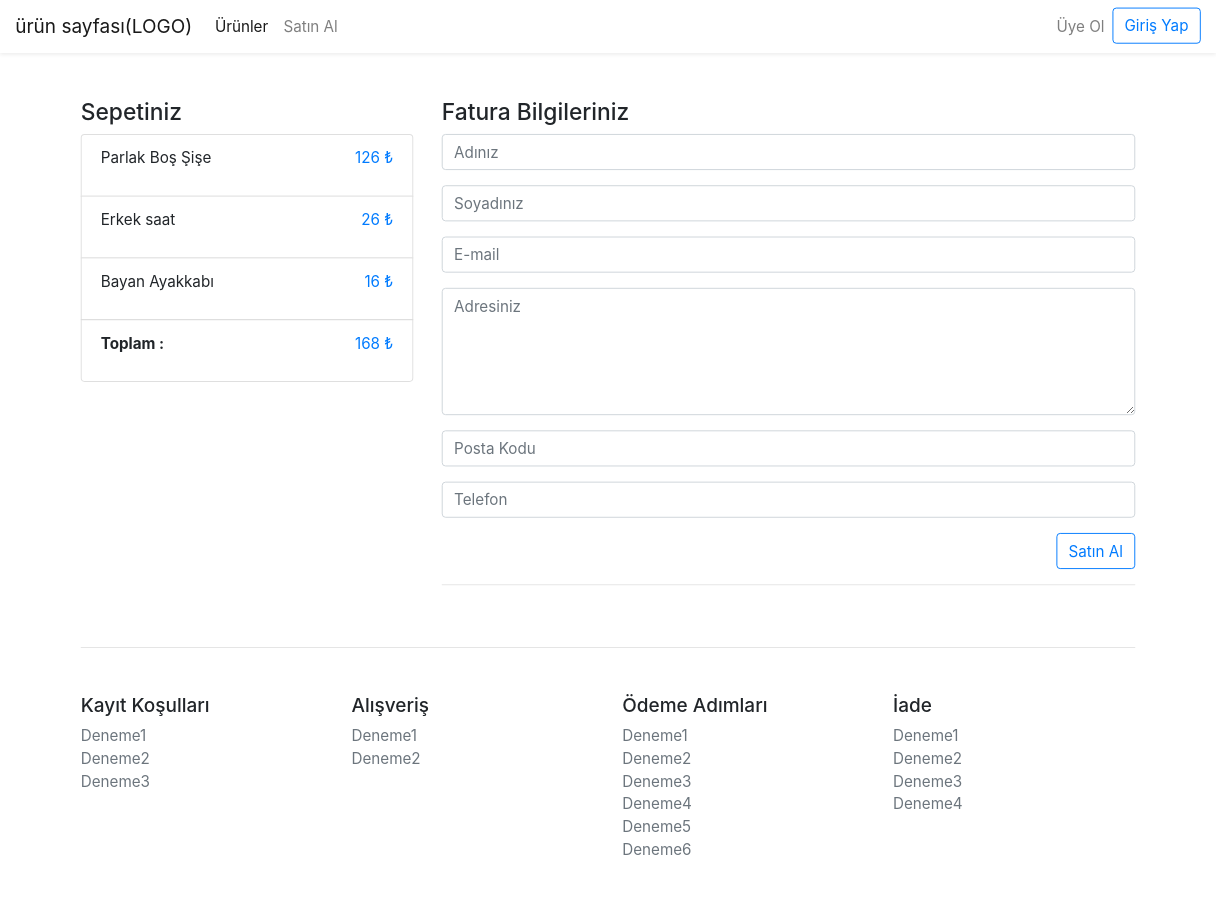
Repository: NergisAktug/E-Commerce-PythonWithFlask-Sqlite3
Page: templates/ödeme.html
The author's editor kept a copy of each file at every save. The page is drawn from the files as they stood at one save, then again after the next save.
The browser window is 1280 px wide. The pictures show the whole page, at 95% of full size.

Above is the page before, as saved 2018-11-24 00:43:29.

### templates/ödeme.html
<!doctype html>
<html lang="en">
  <head>
    <!-- Required meta tags -->
    <meta charset="utf-8">
    <meta name="viewport" content="width=device-width, initial-scale=1, shrink-to-fit=no">

    <!-- Bootstrap CSS -->
    <link rel="stylesheet" href="https://stackpath.bootstrapcdn.com/bootstrap/4.1.3/css/bootstrap.min.css" integrity="sha384-MCw98/SFnGE8fJT3GXwEOngsV7Zt27NXFoaoApmYm81iuXoPkFOJwJ8ERdknLPMO" crossorigin="anonymous">

    <title>Hello, world!</title>
  </head>
  <body>
    <nav class="navbar navbar-expand-lg navbar-light shadow-sm" >
        <a href="#" class="navbar-brand">ürün sayfası(LOGO)</a>
        <button class="navbar-toggler" type="button" data-toggle="collapse" data-target="#navbarMenü">
            <span class="navbar-toggler-icon"></span>
        </button>
        <div class="collapse navbar-collapse" id="navbarMenü">
            <ul class="navbar-nav mr-auto">
                <li class="nav-item">
                    <a href="#" class="nav-link active" >Ürünler</a>
                 </li>
                 <li class="nav-item">
                        <a href="#" class="nav-link">Satın Al</a>
                     </li>

                       </ul>
                       <ul class="navbar-nav">
                          <li class="nav-item">
                            <a href="#" class="nav-link">Üye Ol</a>
                           </li>
                           <li class="nav-item">
                              <a href="#" class="btn btn-outline-primary">Giriş Yap</a>
                             </li>
                       </ul>
             </div>

    </nav>
    <div class="container my-5">
        <div class="row">
            <div class="col-md-4">
                    <h4>Sepetiniz</h4>
                    <ul class="list-group">
                         <li class="list-group-item">
                             <p class="float-left">Parlak Boş Şişe</p>
                             <p class="float-right text-primary">126 ₺</p>
                              </li>
                        <li class="list-group-item">
                            <p class="float-left">Erkek saat</p>
                            <p class="float-right text-primary">26 ₺</p>
                        </li>
                         <li class="list-group-item">
                            <p class="float-left">Bayan Ayakkabı</p>
                            <p class="float-right text-primary">16 ₺</p>
                         </li>
                         <li class="list-group-item">
                                <p class="float-left"><b>Toplam : </b></p>
                                <p class="float-right text-primary">168 ₺</p>
                        </li>
                    </ul>
                </div>

            <div class="col-md-8">
                <h4>Fatura Bilgileriniz</h4>
               <form class="was-validation">
                   <div class="form-group">
                       <input type="text" class="form-control" placeholder="Adınız" required>
                   </div>
                   <div class="form-group">
                        <input type="text" class="form-control" placeholder="Soyadınız" required>
                    </div>
                    <div class="form-group">
                            <input type="text" class="form-control" placeholder="E-mail" required>
                        </div>
                    <div class="form-group">
                        <textarea  class="form-control" rows="5" placeholder="Adresiniz" required></textarea>
                    </div>
                     <div class="form-group">
                        <input type="text" class="form-control" minlength="3" placeholder="Posta Kodu"required>
                     </div>
                    <div class="form-group">
                       <input type="text" class="form-control" placeholder="Telefon" required>
                    </div>
                    <div class="form-group">
                        <button type="submit" class="btn btn-outline-primary float-right" required>Satın Al</button>
                     </div>
                   <div class="clearfix"></div><hr>
                   <div class="row">
                    <div class="col-md-6"></div>
                   </div>
               </form>
        </div>

    </div>
    <hr class="my-5">
</div>

   <footer class="my-5">
<div class="container">
      <div class="row">
     <div class="col-6 col-md-3">
       <h5>Kayıt Koşulları</h5>
       <ul class="list-unstyled">
        <li><a href="#" class="text-muted">Deneme1</a></li>
        <li><a href="#" class="text-muted">Deneme2</a></li>
        <li><a href="#" class="text-muted">Deneme3</a></li>

        </ul>
     </div>

     <div class="col-6 col-md-3">
        <h5>Alışveriş</h5>
        <ul class="list-unstyled">
            <li><a href="#" class="text-muted">Deneme1</a></li>
            <li><a href="#" class="text-muted">Deneme2</a></li>

         </ul>
      </div>
      <div class="col-6 col-md-3">
          <h5>Ödeme Adımları</h5>
          <ul class="list-unstyled">
              <li><a href="#" class="text-muted">Deneme1</a></li>
              <li><a href="#" class="text-muted">Deneme2</a></li>
              <li><a href="#" class="text-muted">Deneme3</a></li>
              <li><a href="#" class="text-muted">Deneme4</a></li>
              <li><a href="#" class="text-muted">Deneme5</a></li>
              <li><a href="#" class="text-muted">Deneme6</a></li>
           </ul>
        </div>
        <div class="col-6 col-md-3">
            <h5>İade</h5>
            <ul class="list-unstyled">
                <li><a href="#" class="text-muted">Deneme1</a></li>
                <li><a href="#" class="text-muted">Deneme2</a></li>
                <li><a href="#" class="text-muted">Deneme3</a></li>
                <li><a href="#" class="text-muted">Deneme4</a></li>
             </ul>
          </div>
      </div>
</div>
   </footer>

    <!-- Optional JavaScript -->
    <!-- jQuery first, then Popper.js, then Bootstrap JS -->
    <script src="https://code.jquery.com/jquery-3.3.1.slim.min.js" integrity="sha384-q8i/X+965DzO0rT7abK41JStQIAqVgRVzpbzo5smXKp4YfRvH+8abtTE1Pi6jizo" crossorigin="anonymous"></script>
    <script src="https://cdnjs.cloudflare.com/ajax/libs/popper.js/1.14.3/umd/popper.min.js" integrity="sha384-ZMP7rVo3mIykV+2+9J3UJ46jBk0WLaUAdn689aCwoqbBJiSnjAK/l8WvCWPIPm49" crossorigin="anonymous"></script>
    <script src="https://stackpath.bootstrapcdn.com/bootstrap/4.1.3/js/bootstrap.min.js" integrity="sha384-ChfqqxuZUCnJSK3+MXmPNIyE6ZbWh2IMqE241rYiqJxyMiZ6OW/JmZQ5stwEULTy" crossorigin="anonymous"></script>
  </body>
</html>

After the next save:
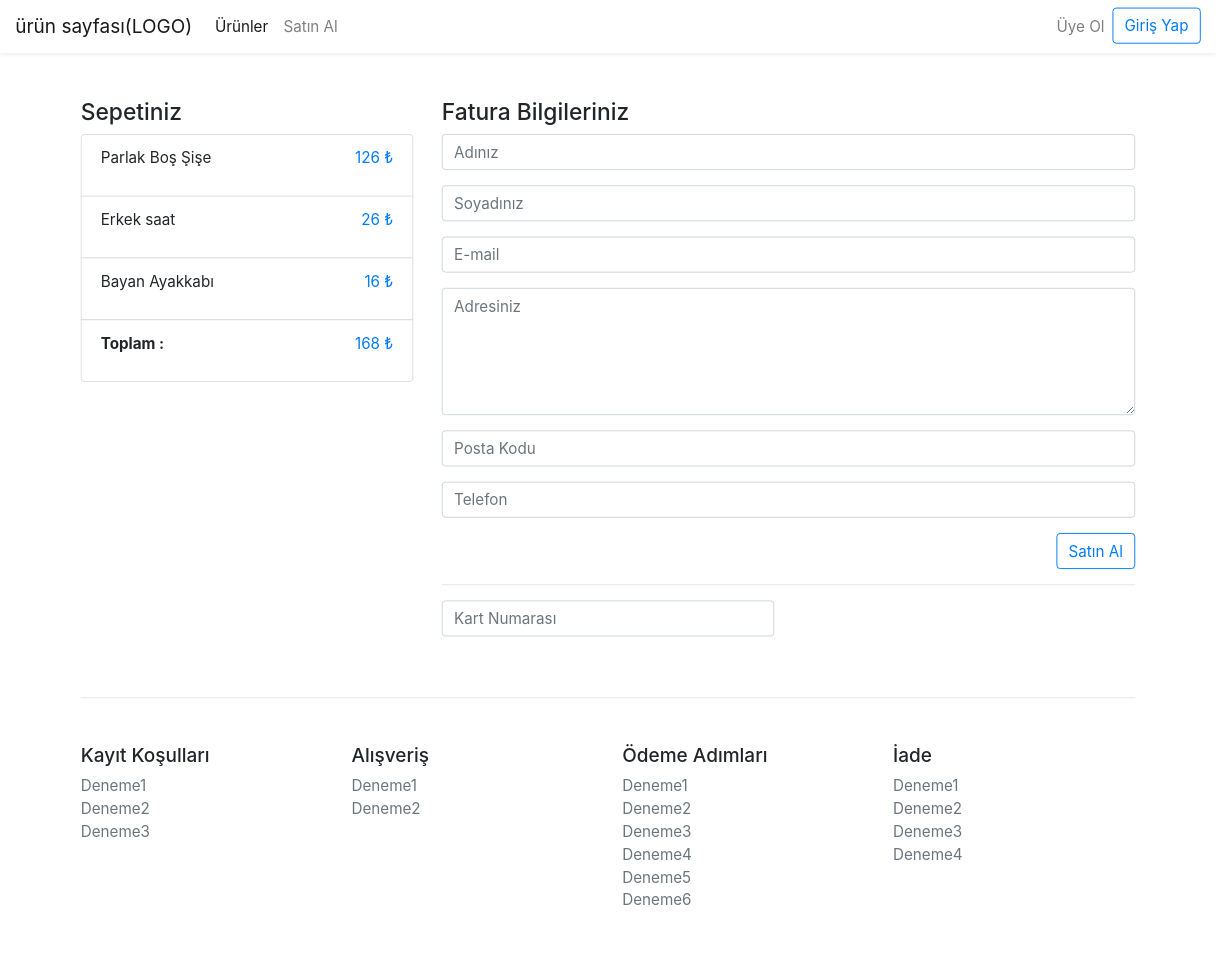
Saved 6 min 15 s later.
--- a/templates/ödeme.html
+++ b/templates/ödeme.html
@@ -87,6 +87,11 @@
                      </div>
                    <div class="clearfix"></div><hr>
                    <div class="row">
+                    <div class="col-md-6">
+                        <div class="form-group">
+                            <input type="text" class="form-control" placeholder="Kart Numarası" required>
+                        </div>
+                    </div>
                     <div class="col-md-6"></div>
                    </div>
                </form>
